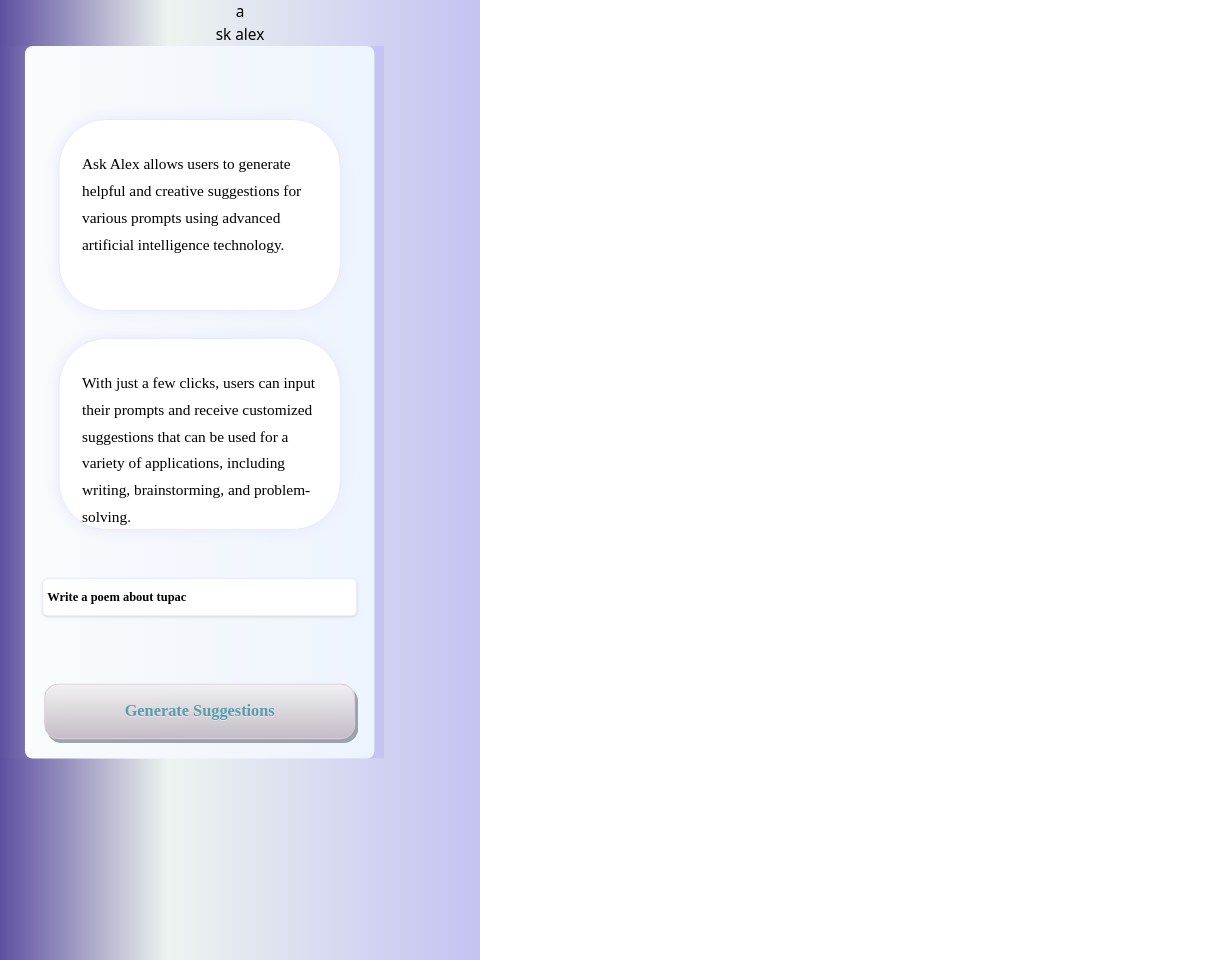
Repository: djdjdallas/AskAlex
Page: /
These files come from the project's save history. The page is drawn as it stood at one moment and after the next save; the edit follows.
The browser window is 1280 px wide. The pictures show the whole page, at 96% of full size.
The project was rebuilt for these pictures with package versions that can differ from the ones it lists, and the page was loaded fresh each time. Also part of the build but not shown: webpack.config.js.

Above is the page before, as saved 2023-02-27 18:40:03.

After the next save:
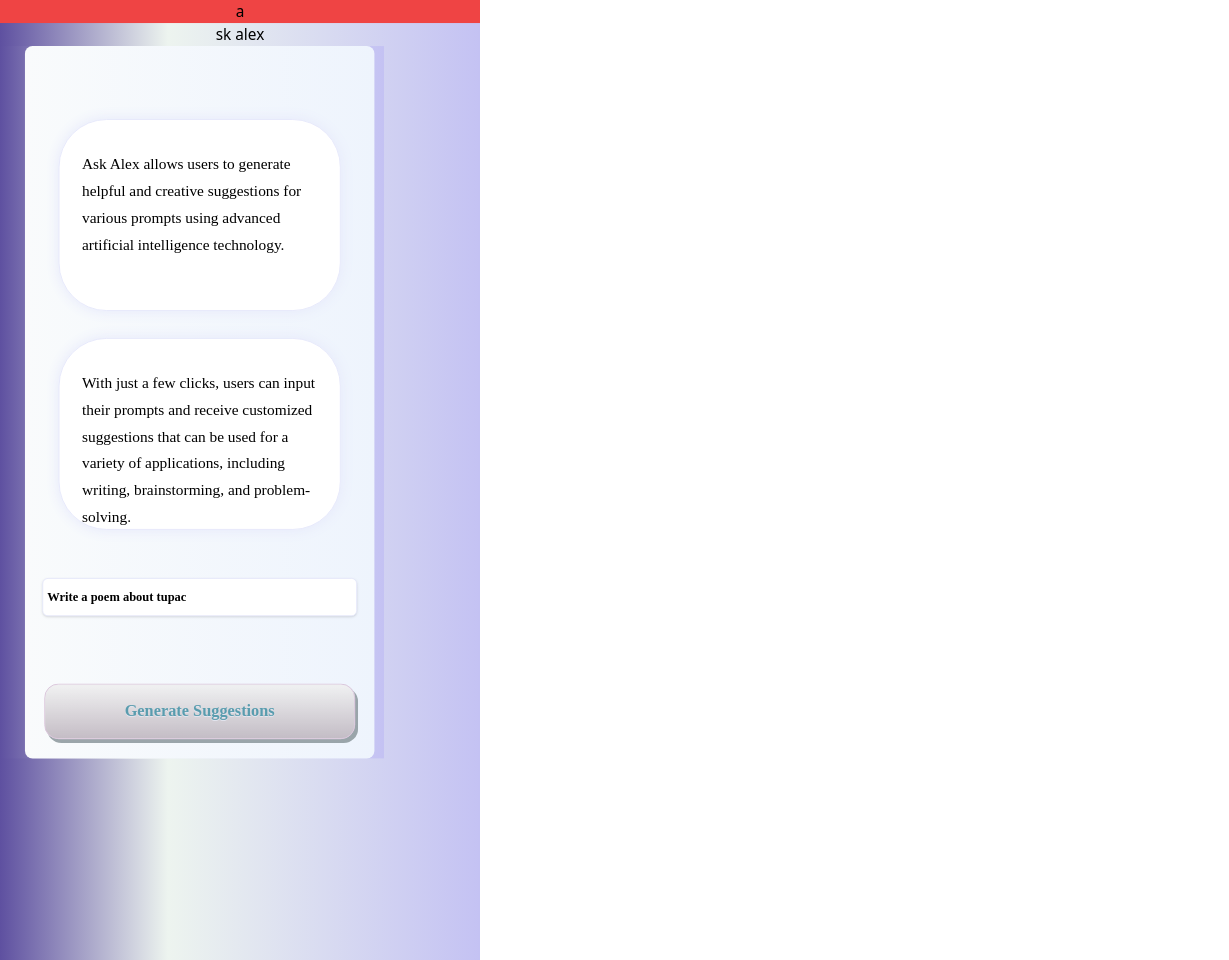
Saved 16 s later.
--- a/src/App.js
+++ b/src/App.js
@@ -5,7 +5,7 @@
   return (
     <div className="App w-[500px]">
       <div>
-        <div>
+        <div className="bg-red-500">
           <h1>a</h1>
         </div>
         <h1>sk alex</h1>
